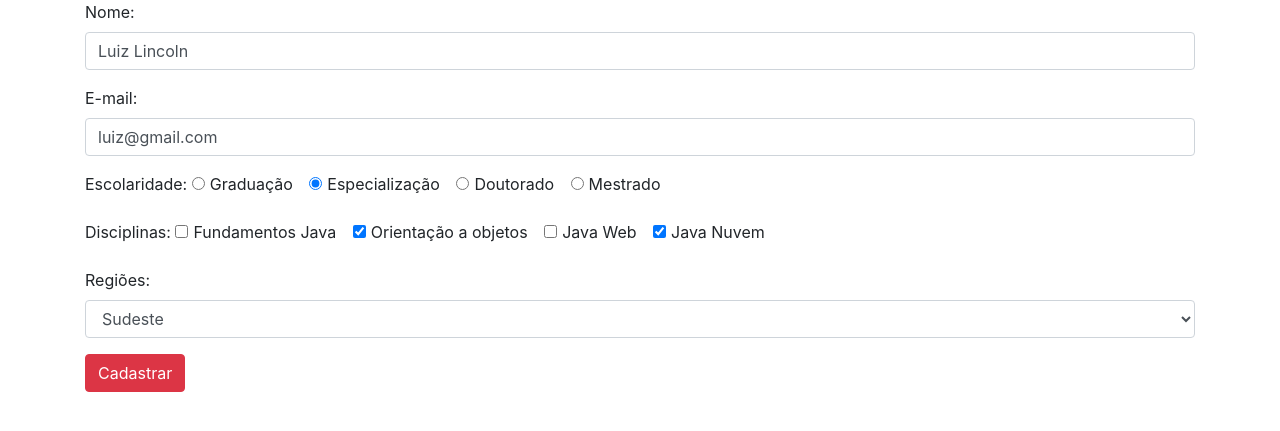
Repository: luizlav001/AT_Java_Web
Page: TP1_JavaWeb/WebContent/home.html
These files come from the project's save history. The page is drawn as it stood at one moment and after the next save; the edit follows.
The browser window is 1280 px wide. The pictures show the whole page.

Above is the page before, as saved 2021-10-25 02:21:52.

### TP1_JavaWeb/WebContent/home.html
<!DOCTYPE html>
<html>
<head>
<meta charset="ISO-8859-1">
<title>TP1</title>
<link rel="stylesheet" href="https://maxcdn.bootstrapcdn.com/bootstrap/4.5.2/css/bootstrap.min.css">
</head>
<body>

	<div class="container">
		<form action="usuario" method="post">
			<div class="form-group">
				<label>Nome:</label>
				<input value="Luiz Lincoln" type="text" class="form-control" placeholder="Entre com seu nome" name="name">
			</div>

			<div class="form-group">
				<label>E-mail:</label>
				<input value="luiz@gmail.com" type="email"class="form-control" placeholder="Entre com seu email"name="email">
			</div>

			<div class="form-group">
				<label>Escolaridade:</label>
				<div class="form-check-inline">
				  <label class="form-check-label">
				   <input type="radio" name="escolaridade" class="form-check-input" value="G">Graduação
				  </label>
				</div>

				<div class="form-check-inline">
				  <label class="form-check-label">
				   <input checked type="radio" name="escolaridade" class="form-check-input" value="E">Especialização
				  </label>
				</div>

				<div class="form-check-inline">
				  <label class="form-check-label">
				   <input type="radio" name="escolaridade" class="form-check-input" value="D">Doutorado
				  </label>
				</div>

				<div class="form-check-inline">
				  <label class="form-check-label">
				   <input type="radio" name="escolaridade" class="form-check-input" value="M">Mestrado
				  </label>
				</div>
			</div>

			<div class="form-group">
					<label>Disciplinas:</label>
				<div class="form-check-inline">
				  <label class="form-check-label">
				   <input type="checkbox" name="disciplinas" class="form-check-input" value="Fun">Fundamentos Java
				  </label>
				</div>

				<div class="form-check-inline">
				  <label class="form-check-label">
				   <input checked type="checkbox" name="disciplinas" class="form-check-input" value="POO">Orientação a objetos
				  </label>
				</div>

				<div class="form-check-inline">
				  <label class="form-check-label">
				   <input type="checkbox" name="disciplinas" class="form-check-input" value="Web">Java Web
				  </label>
				</div>

				<div class="form-check-inline">
				  <label class="form-check-label">
				   <input checked type="checkbox" name="disciplinas" class="form-check-input" value="Nuvem">Java Nuvem
				  </label>
				</div>
			</div>

			<div class="form-group">
				<label>Regiões:</label>
					<select class="form-control" name="regiao">
						<option value="S">Sul</option>
						<option selected value="Su">Sudeste</option>
						<option value="N">Norte</option>
						<option value="No">Nordeste</option>
						<option value="C">Centro-Oeste</option>
					</select>
			</div>
					<button class="btn btn-danger" type="submit">Cadastrar</button>
		</form>
	</div>
</body>
</html>

After the next save:
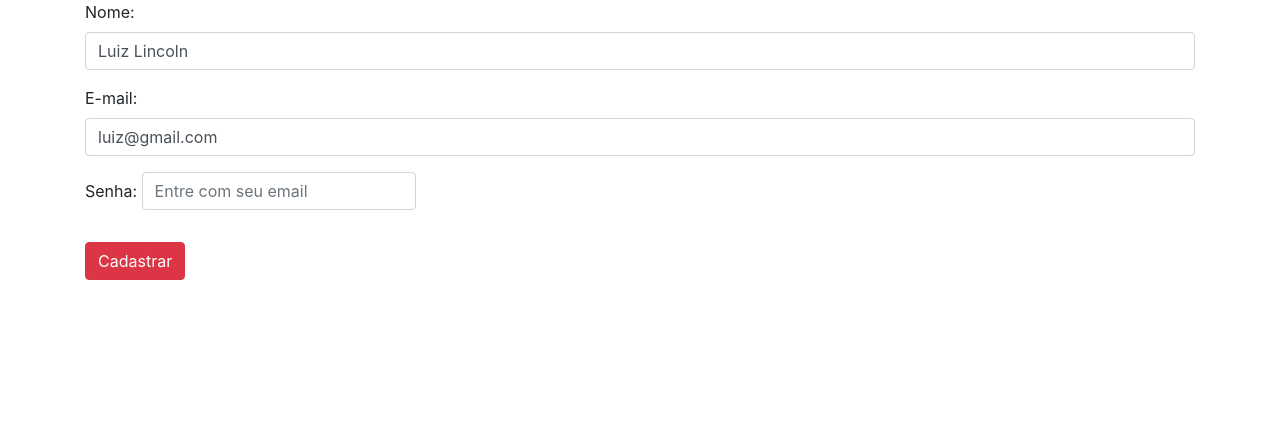
Saved 21 h 39 min later.
--- a/TP1_JavaWeb/WebContent/home.html
+++ b/TP1_JavaWeb/WebContent/home.html
@@ -20,68 +20,10 @@
 			</div>
 
 			<div class="form-group">
-				<label>Escolaridade:</label>
-				<div class="form-check-inline">
-				  <label class="form-check-label">
-				   <input type="radio" name="escolaridade" class="form-check-input" value="G">Graduação
+				<label>Senha:</label>
+				  <label class="form-group">
+				   <input type="password" name="senha" class="form-control" placeholder="Entre com seu email">
 				  </label>
-				</div>
-
-				<div class="form-check-inline">
-				  <label class="form-check-label">
-				   <input checked type="radio" name="escolaridade" class="form-check-input" value="E">Especialização
-				  </label>
-				</div>
-
-				<div class="form-check-inline">
-				  <label class="form-check-label">
-				   <input type="radio" name="escolaridade" class="form-check-input" value="D">Doutorado
-				  </label>
-				</div>
-
-				<div class="form-check-inline">
-				  <label class="form-check-label">
-				   <input type="radio" name="escolaridade" class="form-check-input" value="M">Mestrado
-				  </label>
-				</div>
-			</div>
-
-			<div class="form-group">
-					<label>Disciplinas:</label>
-				<div class="form-check-inline">
-				  <label class="form-check-label">
-				   <input type="checkbox" name="disciplinas" class="form-check-input" value="Fun">Fundamentos Java
-				  </label>
-				</div>
-
-				<div class="form-check-inline">
-				  <label class="form-check-label">
-				   <input checked type="checkbox" name="disciplinas" class="form-check-input" value="POO">Orientação a objetos
-				  </label>
-				</div>
-
-				<div class="form-check-inline">
-				  <label class="form-check-label">
-				   <input type="checkbox" name="disciplinas" class="form-check-input" value="Web">Java Web
-				  </label>
-				</div>
-
-				<div class="form-check-inline">
-				  <label class="form-check-label">
-				   <input checked type="checkbox" name="disciplinas" class="form-check-input" value="Nuvem">Java Nuvem
-				  </label>
-				</div>
-			</div>
-
-			<div class="form-group">
-				<label>Regiões:</label>
-					<select class="form-control" name="regiao">
-						<option value="S">Sul</option>
-						<option selected value="Su">Sudeste</option>
-						<option value="N">Norte</option>
-						<option value="No">Nordeste</option>
-						<option value="C">Centro-Oeste</option>
-					</select>
 			</div>
 					<button class="btn btn-danger" type="submit">Cadastrar</button>
 		</form>
